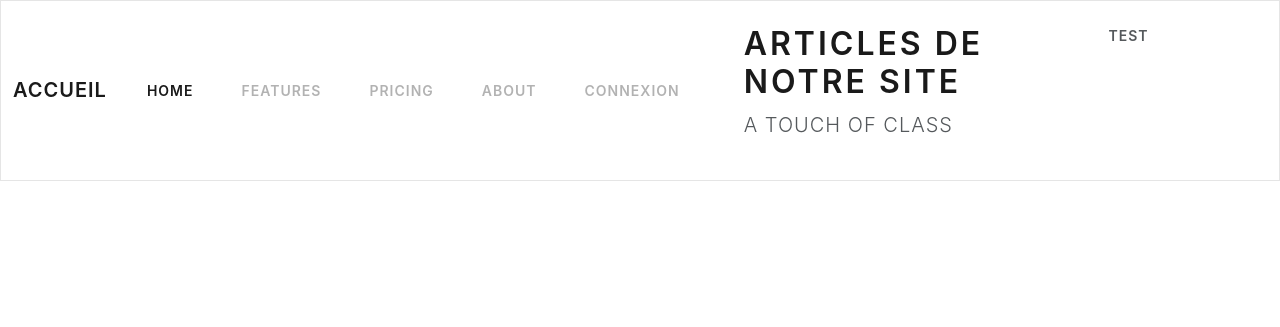
Repository: cahitYes/PDO
Page: http://localhost/?connect
The author's editor kept a copy of each file at every save. The page is drawn from the files as they stood at one save, then again after the next save.
The browser window is 1280 px wide. The pictures show the whole page.
Some web fonts or font styles are not loaded; a fallback is used. The page is run by PHP 8.4 with error messages shown; the project is at /var/www/html/.

Above is the page before, as saved 2022-02-15 14:19:08.

After the next save:
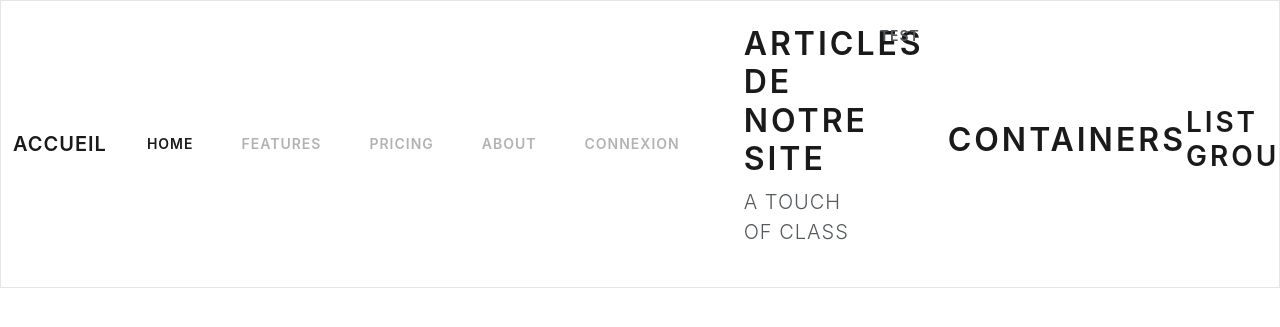
Saved 12 s later.
--- a/pdo_1/exemple2/view/publicView/publicHomepageView.php
+++ b/pdo_1/exemple2/view/publicView/publicHomepageView.php
@@ -52,32 +52,31 @@
         </div>
       </div>
     </div>
-  </div>
 
-  <div class="container">
-    <div class="bs-docs-section">
-      <div class="row">
-        <div class="col-lg-12">
-          <div class="page-header">
-            <h1 id="containers">Containers</h1>
+    <div class="container">
+      <div class="bs-docs-section">
+        <div class="row">
+          <div class="col-lg-12">
+            <div class="page-header">
+              <h1 id="containers">Containers</h1>
+            </div>
           </div>
         </div>
       </div>
-    </div>
-    <div class="row">
-      <div class="col-lg-12">
-        <h2>List groups</h2>
+      <div class="row">
+        <div class="col-lg-12">
+          <h2>List groups</h2>
+        </div>
       </div>
     </div>
-  </div>
 
-  <footer id="footer">
+    <footer id="footer">
 
-  </footer>
+    </footer>
 
 
-  <script src="js/jquery.min.js"></script>
-  <script src="js/bootstrap.bundle.min.js"></script>
+    <script src="js/jquery.min.js"></script>
+    <script src="js/bootstrap.bundle.min.js"></script>
 
 </body>
 
